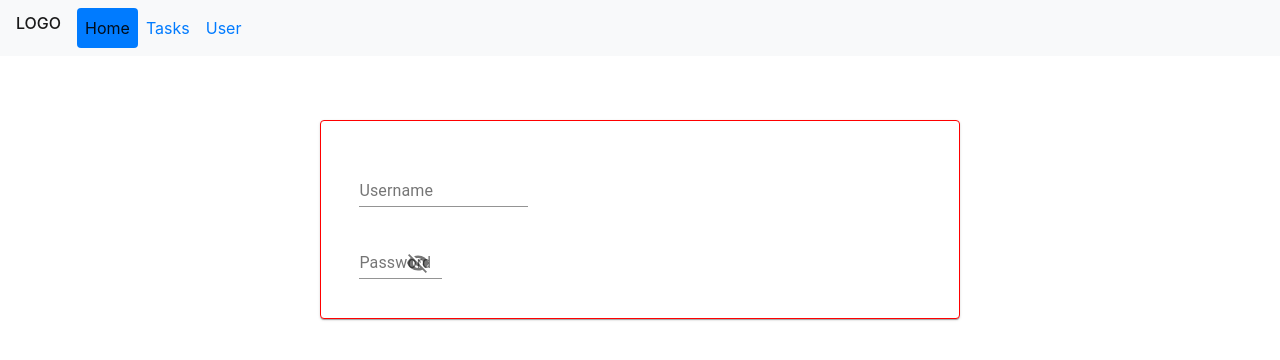
Repository: lalji-yadav/Nimapinfotech-demo-project
Page: /login
An editor plug-in stored every save of this project. The page is shown before and after the next save, followed by the edit.
The browser window is 1280 px wide. The pictures show the whole page.
The project was rebuilt for these pictures with package versions that can differ from the ones it lists, and the page was loaded fresh each time. Also part of the build but not shown: src/App.css, src/components/Home.js, src/components/Tasks.js, src/components/Users.js.

Above is the page before, as saved 2021-01-17 10:18:08.

After the next save:
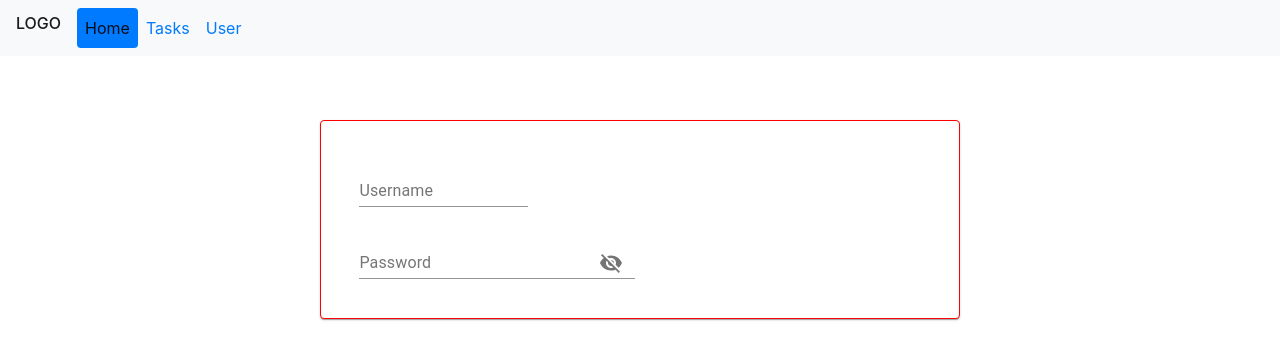
Saved 14 s later.
--- a/src/components/Login.js
+++ b/src/components/Login.js
@@ -35,7 +35,7 @@ import VisibilityOffIcon from '@material-ui/icons/VisibilityOff';
           <InputLabel htmlFor="standard-adornment-password">Password</InputLabel>
           <Input
             id="standard-adornment-password"
-            style={{width:"30%"}}
+            style={{width:"100%"}}
             type={values.showPassword ? 'text' : 'password'}
             value={values.password}
             onChange={handleChange('password')}
